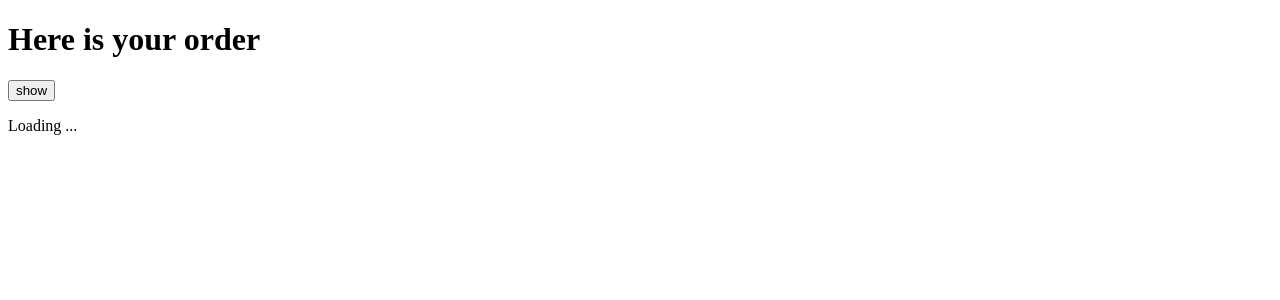
Repository: boschierob/order-app
Page: read.html
An editor plug-in stored every save of this project. The page is shown before and after the next save, followed by the edit.
The browser window is 1280 px wide. The pictures show the whole page.
The page's requests for data from a server got no answer.

Above is the page before, as saved 2023-01-01 19:54:42.

### read.html
<!DOCTYPE html>
<html lang="en">

<head>
    <meta charset="UTF-8">
    <meta http-equiv="X-UA-Compatible" content="IE=edge">
    <meta name="viewport" content="width=device-width, initial-scale=1.0">
    <title>view your order</title>
    <style>

    </style>
</head>

<body>
    <div>
        <h1>Here is your order</h1>
        <div>
            <button>show</button>
            <p id="data"> Loading ...</p>
            <img id="image">

        </div>

    </div>

    <script type="text/javascript">
        const show = document.getElementById('data');
        const image = document.getElementById('image');

        fetch('/list', {
            headers: {
                "Content-Type": "application/json"
            }
        })
            .then(response => response.json())
            .then(data => {
                //str = str.replace(/\^/g, '');
                const arrivals =  JSON.stringify(data.arrivals).replace(/[\[\^!""\]]/g, '');

                const departures = JSON.stringify(data.departures).replace(/[\[\^!""\]]/g, '');
                const so = JSON.stringify(data.so).replace(/[\[\^!""\]]/g, '');
                show.innerHTML = `<h2>Votre commande :</h2>
                <ul>
                    <li>chambres en arrivées : ${arrivals} </li>
                <li> chambres en départs : ${departures}</li>
                <li>en stay over : ${so}</li>
                </ul>`
                image.src = data.signature;

            })
            .catch(error => console.error(error))

    </script>
</body>

</html>

After the next save:
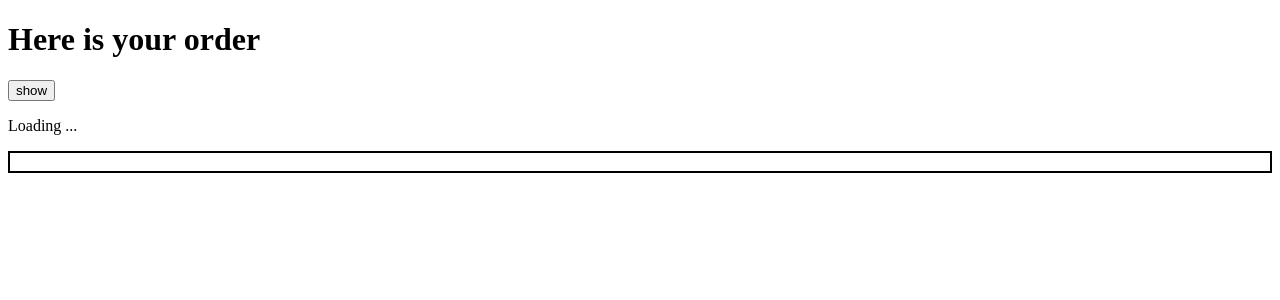
Saved 96 s later.
--- a/read.html
+++ b/read.html
@@ -17,7 +17,10 @@
         <div>
             <button>show</button>
             <p id="data"> Loading ...</p>
-            <img id="image">
+            <div style="border:2px solid black ;">
+                <img id="image">
+            </div>
+
 
         </div>
 
